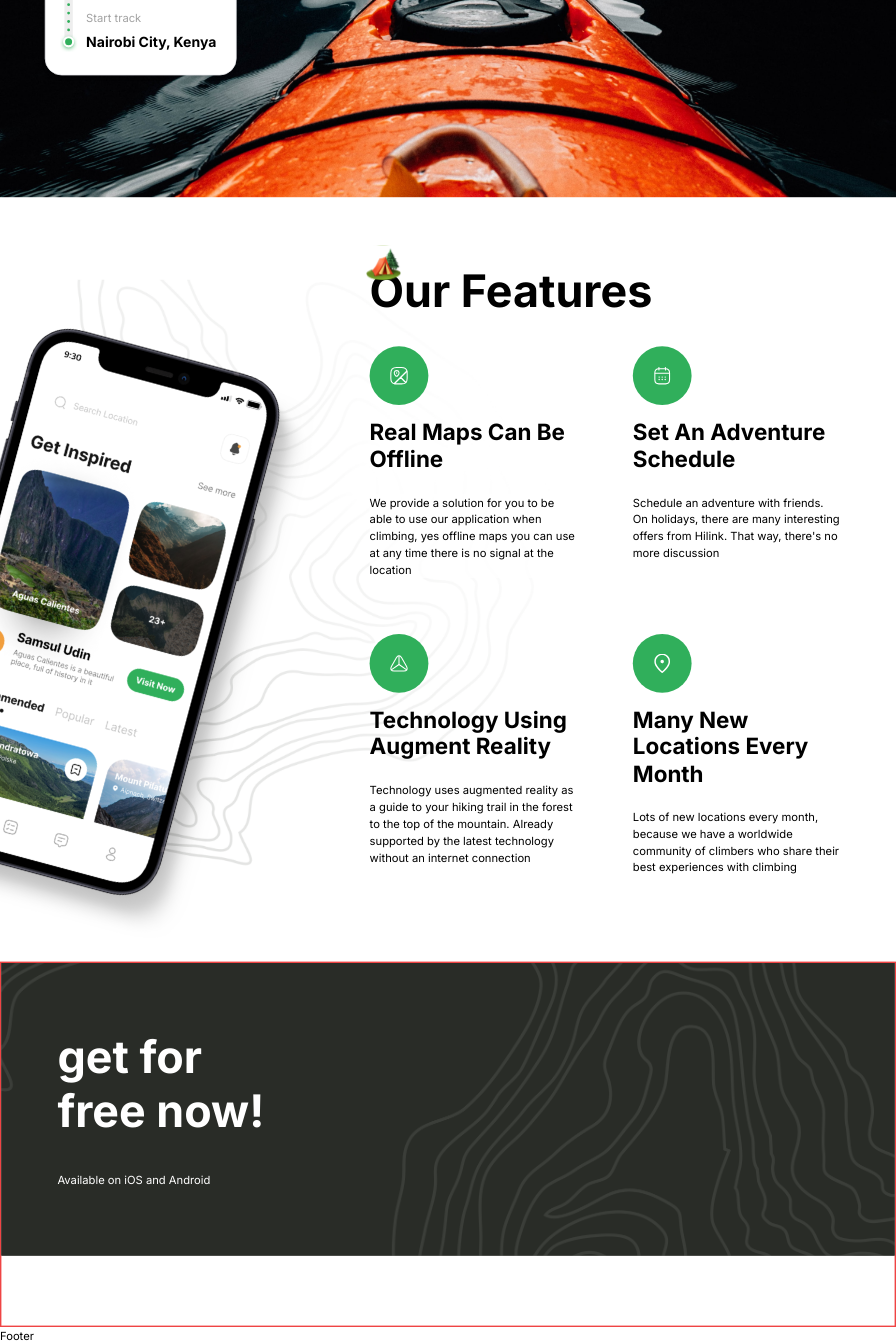
Repository: martin-raphael/travel_agency
Page: /
These files come from the project's save history. The page is drawn as it stood at one moment and after the next save; the edit follows.
The browser window is 1280 px wide. The pictures show the part of the page from y = 2334 to 4254 px (the page is 4254 px tall), at 70% of full size.
The project was rebuilt for these pictures with package versions that can differ from the ones it lists, and the page was loaded fresh each time. The framework's server and built-in components were replaced by stand-ins that run in the browser. Also part of the build but not shown: next.config.mjs.

Above is the page before, as saved 2024-08-09 02:19:55.

After the next save:
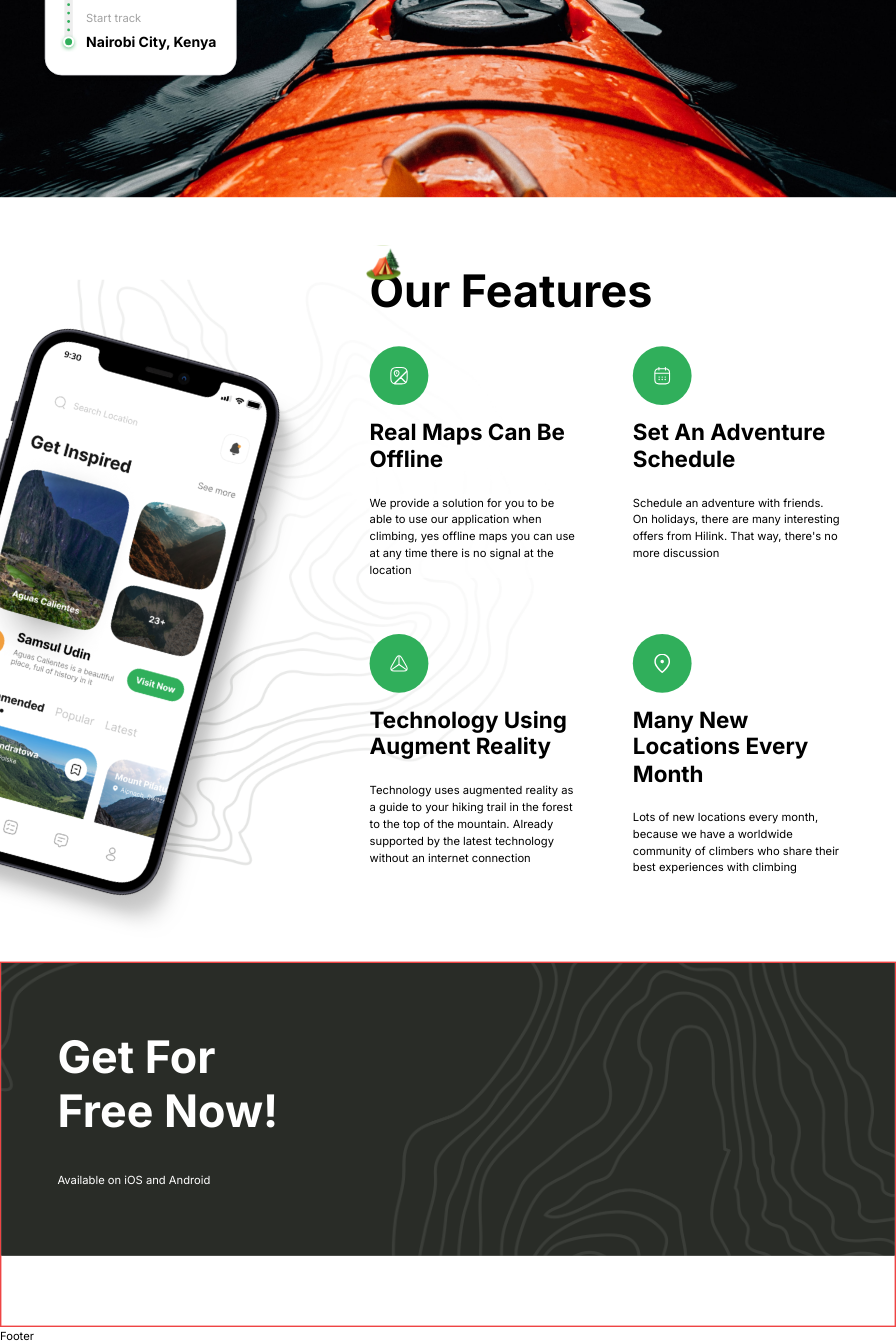
Saved 27 s later.
--- a/components/GetApp.tsx
+++ b/components/GetApp.tsx
@@ -5,7 +5,7 @@ const GetApp = () => {
     <section className='border-2 border-red-500 flexCenter flex-col pb-[100px] w-full'>
       <div className='get-app'>
         <div className='z-20 flex w-full flex-1 flex-col justify-center items-start gap-12'>
-          <h2 className='bold-40 lg:bold-64 xl:max-w-[320px]'> get for free now!</h2>
+          <h2 className='bold-40 lg:bold-64 xl:max-w-[320px] capitalize'> get for free now!</h2>
           <p>Available on iOS and Android</p>
 
         </div>
